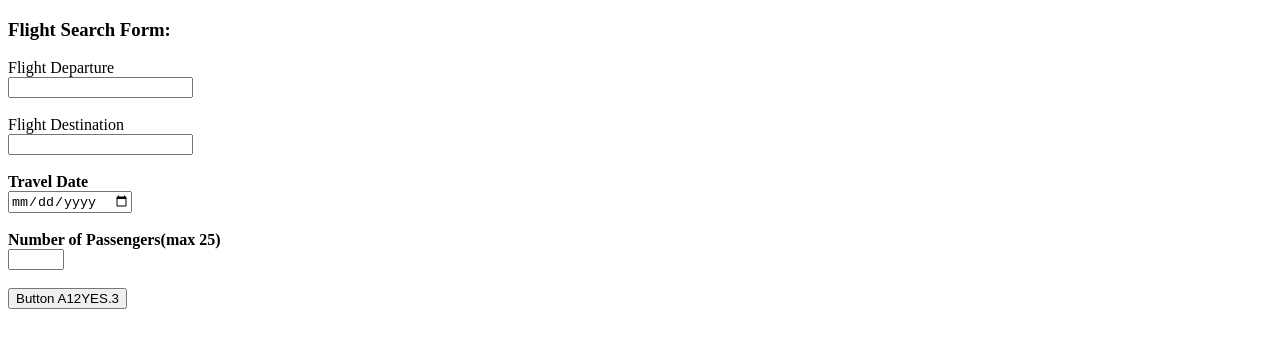
Repository: rkelly7391/SNHU_IT-634-X3894_18TW3
Page: http://localhost/RyanAirlineProject/FlightSearch
An editor plug-in stored every save of this project. The page is shown before and after the next save, followed by the edit.
The browser window is 1280 px wide. The pictures show the whole page.
The page is served by Tomcat 9.

Above is the page before, as saved 2018-03-04 23:29:45.

After the next save:
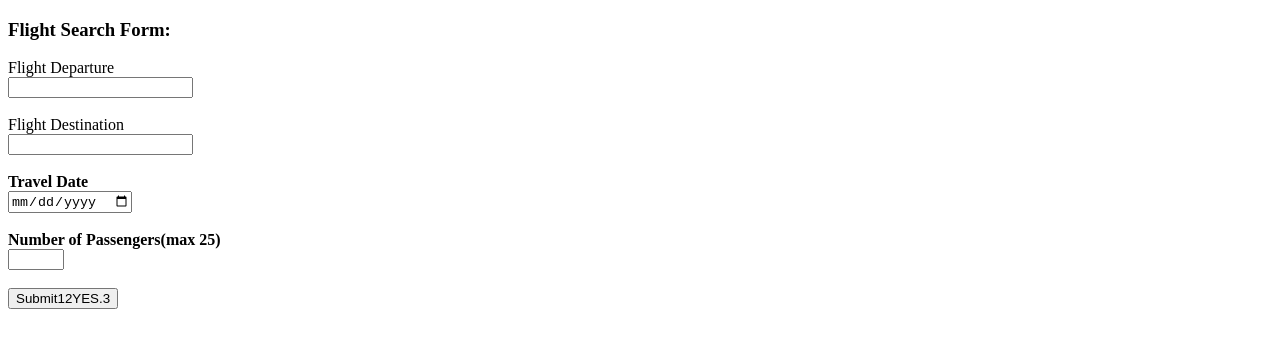
Saved 34 s later.
--- a/RyanAirlineProject/source/production/java/RyanFlightSearchServlet.java
+++ b/RyanAirlineProject/source/production/java/RyanFlightSearchServlet.java
@@ -51,7 +51,7 @@ public class RyanFlightSearchServlet extends HttpServlet {
         writer.append("<b>Number of Passengers(max 25)</b><br/>\r\n");
         writer.append("<input type=\"number\" name=\"pass\" min=\"1\" max=\"25\"/><br/><br/>\r\n");
         writer.append("<button>");
-        		writer.append("<text>Button A</text>");
+        		writer.append("<text>Submit</text>");
         						writer.append("<font_size>12</font_size>");
 
 
